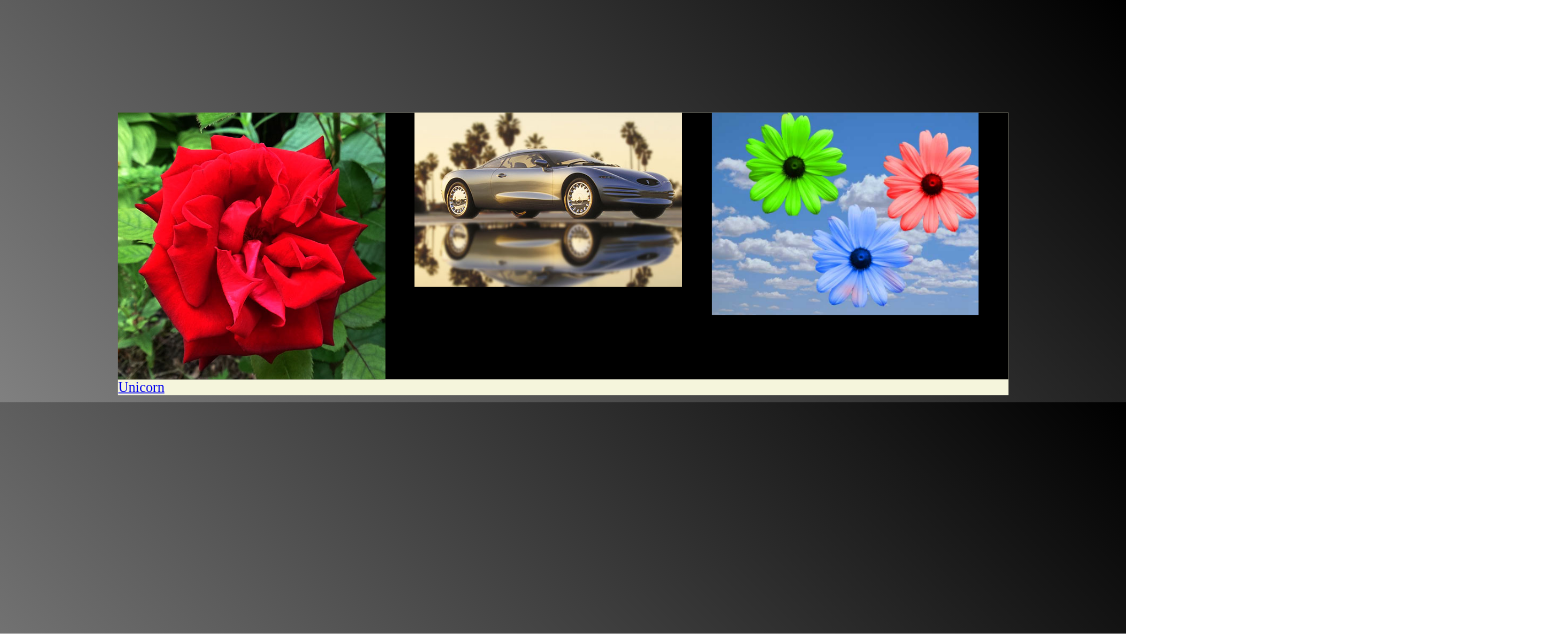
Repository: ViggoSkj/VGY
Page: ovningar/photoshopovning/photoshopovning.html
The author's editor kept a copy of each file at every save. The page is drawn from the files as they stood at one save, then again after the next save.
The browser window is 1280 px wide. The page is 1280 px wide, then 1766 px, so the pictures cover 1766 px, including what lies to the right of the window. The pictures show the whole page, at 88% of full size.

Above is the page before, as saved 2022-11-27 12:05:22.

### ovningar/photoshopovning/photoshopovning.html
<!DOCTYPE html>
<html lang="en">
    <head>
        <meta charset="UTF-8">
        <meta http-equiv="X-UA-Compatible" content="IE=edge">
        <meta name="viewport" content="width=device-width, initial-scale=1.0">
        <title>Document</title>
        <link rel="stylesheet" href="public/css/style.css">
    </head>
    <body class="photoshopovningar">
        <div class="container">
            <div class="images">
                <img src="public/images/ros_edited.jpg" alt="ros">
                <img src="public/images/bil_edited.jpg" alt="bil">
                <img src="public/images/sky_and_flower.jpg" alt="1 röd, 1, blå och 1 grönn blomma på en himmel">
            </div>

            <div id="myfooter">
                <a href="https://validator.w3.org/unicorn/check?ucn_uri=labb.vgy.se/~viggosg/ovningar/photoshopovningar.html&ucn_task=conformance">Unicorn</a>
             </div>
        </div>
    </body>
</html>

### ovningar/photoshopovning/public/css/style.css
body
{
    background-image: linear-gradient(45deg, gray, black);
}

.container
{
    background-color: beige;
    margin: auto;
    margin-top: 8em;
    width: 80%;
}

img
{
    width: 90%;

}

.images
{
    display: grid;
    grid-template-columns: 1fr 1fr 1fr;
    background-color: black;
}

After the next save:
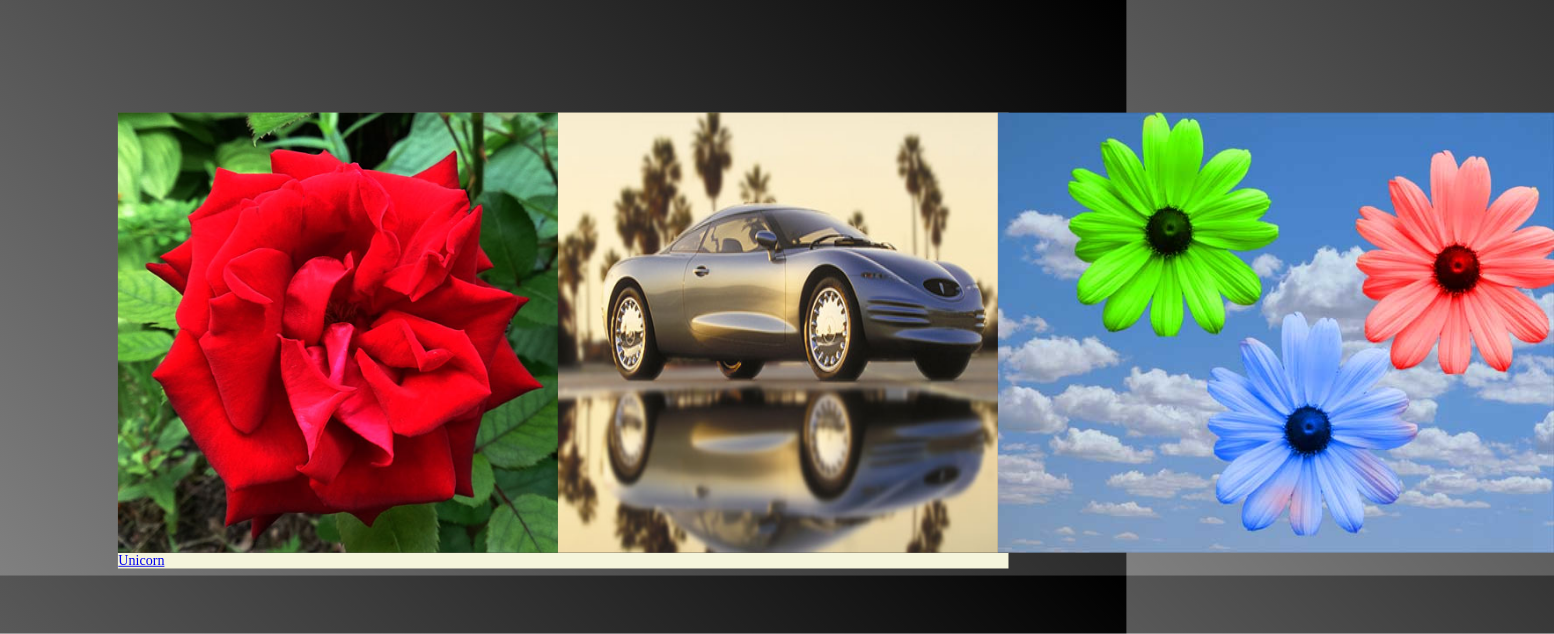
Saved 15 s later.
--- a/ovningar/photoshopovning/public/css/style.css
+++ b/ovningar/photoshopovning/public/css/style.css
@@ -19,7 +19,7 @@ img
 
 .images
 {
-    display: grid;
-    grid-template-columns: 1fr 1fr 1fr;
+    display: flex;
+
     background-color: black;
 }
